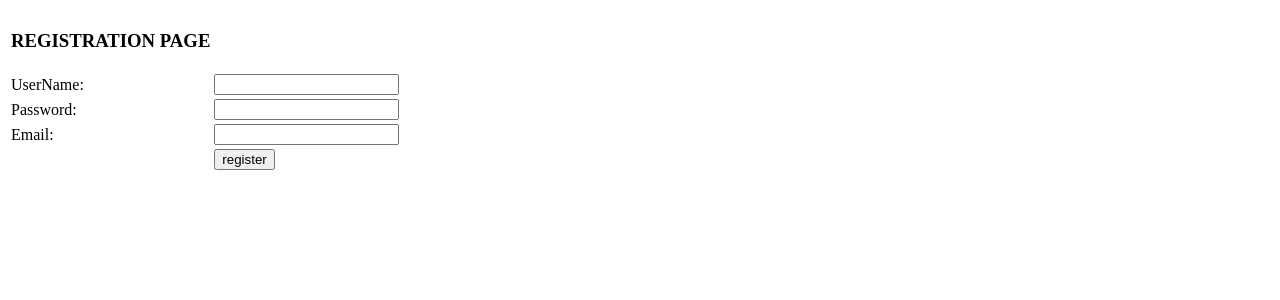
Repository: Kaushikreddy91/ISS_Assignment
Page: http://localhost/Reg_Loginapp/
These files come from the project's save history. The page is drawn as it stood at one moment and after the next save; the edit follows.
The browser window is 1280 px wide. The pictures show the whole page.
The page is served by Tomcat 10. Other server files are loaded and not shown.

Above is the page before, as saved 2023-01-04 10:54:11.

### Reg_Loginapp/src/main/webapp/memRegistration.jsp
<%@ page language="java" contentType="text/html; charset=UTF-8"
    pageEncoding="UTF-8"%>
<!DOCTYPE html>
<html>
<head>
<meta charset="UTF-8">
<title>Insert title here</title>
</head>
<body>
<form action="Register" method="post">
<table>
<tr>
<td><h3>REGISTRATION PAGE</h3></td><td></td>
</tr>
<tr><td>UserName: </td><td><input type="text" name="uname"></td></tr>
<tr><td>Password: </td><td><input type="password" name="password"></td></tr>
<tr><td>Email: </td><td><input type="text" name="email"></td></tr>
<tr><td></td><td><input type="submit" value="register"></td></tr>
</table>
</form>
</body>
</html>

After the next save:
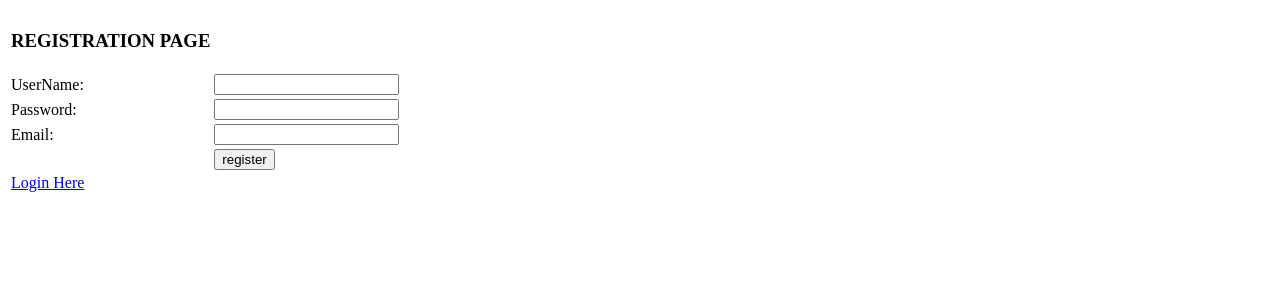
Saved 4 min 59 s later.
--- a/Reg_Loginapp/src/main/webapp/memRegistration.jsp
+++ b/Reg_Loginapp/src/main/webapp/memRegistration.jsp
@@ -16,6 +16,7 @@
 <tr><td>Password: </td><td><input type="password" name="password"></td></tr>
 <tr><td>Email: </td><td><input type="text" name="email"></td></tr>
 <tr><td></td><td><input type="submit" value="register"></td></tr>
+<tr><td><a href="login.jsp">Login Here</a></td></tr>
 </table>
 </form>
 </body>
